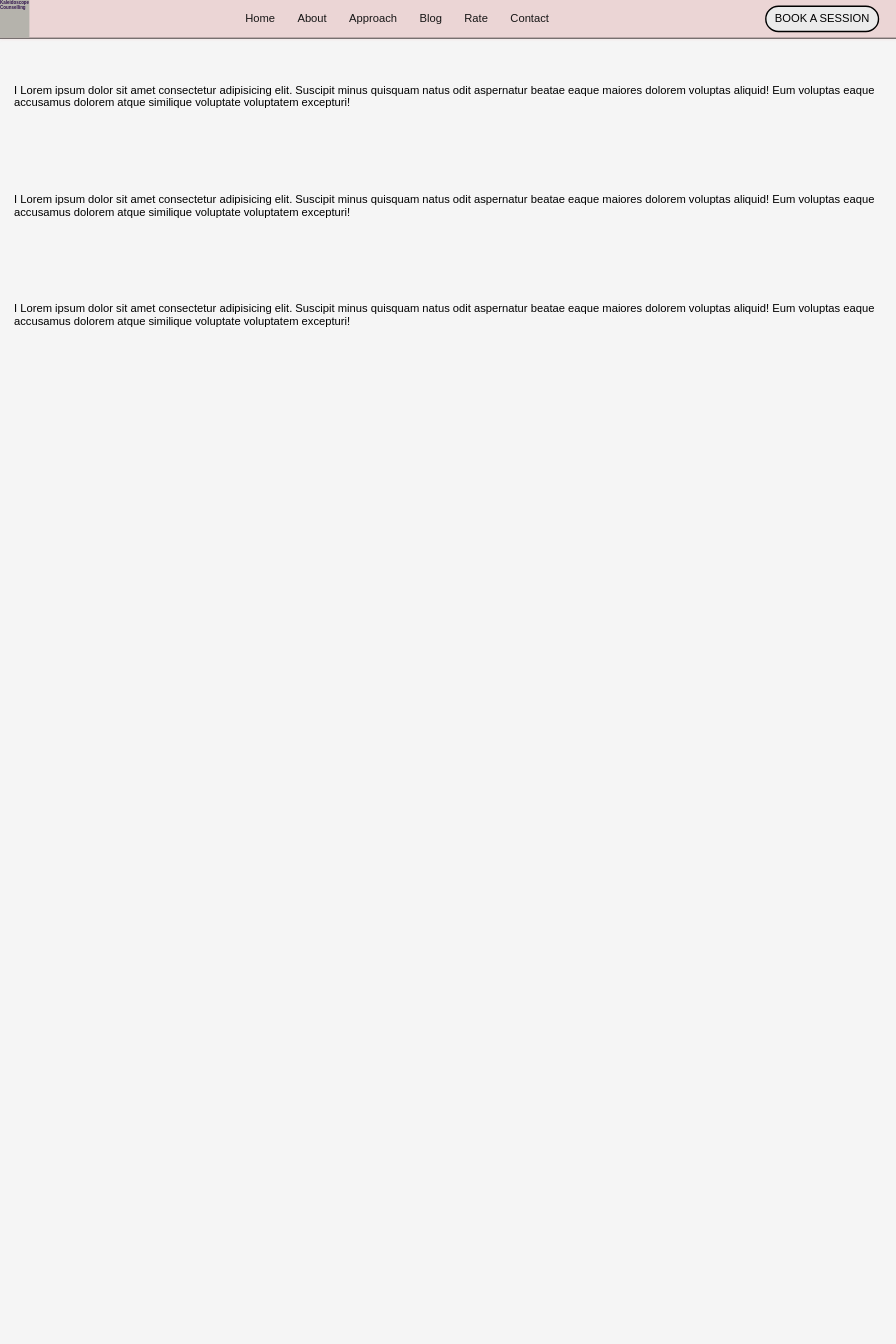
Repository: voutadi/ava-website
Page: index.html
An editor plug-in stored every save of this project. The page is shown before and after the next save, followed by the edit.
The browser window is 1280 px wide. The pictures show the part of the page from y = 0 to 1920 px (the page is 3120 px tall), at 70% of full size.

Above is the page before, as saved 2024-07-03 18:06:37.

### index.html
<!DOCTYPE html>
<html lang="en">
  <head>
    <meta charset="UTF-8" />
    <meta name="viewport" content="width=device-width, initial-scale=1.0" />
    <link rel="stylesheet" href="styles/style.css" />

    <title>Kaleidoscope Counselling</title>
  </head>
  <body>
    <header>
      <div class="logo-container">
        <div class="logo">
          Kaleidoscope <br />
          Counselling
        </div>
      </div>
      <nav class="navbar">
        <ul>
          <li><a href="#home">Home</a></li>
          <li><a href="#about">About</a></li>
          <li><a href="#approach">Approach</a></li>
          <li><a href="#blog">Blog</a></li>
          <li><a href="#rate">Rate</a></li>
          <li><a href="#contact">Contact</a></li>
        </ul>
      </nav>
      <button>BOOK A SESSION</button>
    </header>

    <p>
      I Lorem ipsum dolor sit amet consectetur adipisicing elit. Suscipit minus
      quisquam natus odit aspernatur beatae eaque maiores dolorem voluptas
      aliquid! Eum voluptas eaque accusamus dolorem atque similique voluptate
      voluptatem excepturi!
    </p>
    <p>
      I Lorem ipsum dolor sit amet consectetur adipisicing elit. Suscipit minus
      quisquam natus odit aspernatur beatae eaque maiores dolorem voluptas
      aliquid! Eum voluptas eaque accusamus dolorem atque similique voluptate
      voluptatem excepturi!
    </p>
    <p>
      I Lorem ipsum dolor sit amet consectetur adipisicing elit. Suscipit minus
      quisquam natus odit aspernatur beatae eaque maiores dolorem voluptas
      aliquid! Eum voluptas eaque accusamus dolorem atque similique voluptate
      voluptatem excepturi!
    </p>
  </body>
</html>

### styles/style.css
* {
  margin: 0;
  padding: 0;
  box-sizing: border-box;
}
body {
  background-color: #f5f5f5;
  height: 3000px;
  font-family: Arial, Helvetica, sans-serif;
  font-size: 1rem;
}
header {
  max-width: 100%; /*Make sure Take all of her parent element(body)on all different devices .*/
  height: 55px;
  position: fixed;
  top: 0;
  left: 0;
  right: 0;
  background-color: #ebd5d5;
  border-bottom: 1px solid;
  display: flex;
  justify-content: space-between;
  align-items: center;

  box-shadow: 0 2px 4px rgba(243, 172, 172, 0.15); /* Adds a subtle shadow for depth, optional */
}
.logo-container {
  max-width: 55px; /* Put condition for smaller or biger divice*/
  background-color: rgb(181, 179, 172);
  height: 100%;
}
.logo {
  color: rgb(50, 21, 77);
  font-size: 0.4rem;
  font-weight: bold;
}

.navbar ul {
  display: flex;
  flex: 1;
  justify-content: center;
  list-style-type: none;
  flex-wrap: wrap;
}
.navbar li {
  margin: 1rem;
}
.navbar a {
  font-size: 1rem;
  color: rgb(23, 22, 22);
  font-weight: 500;

  text-decoration: none;
}
.navbar a:hover {
  background-color: rgb(184, 175, 175);
  padding: 5px 10px;
  border-radius: 16px;
  transition: 0.15s;
}

.navbar a:active {
  background-color: rgb(196, 194, 194);
  padding: 10px 10px;
  border-radius: 16px;
  transition: 0.15s;
}

button {
  background-color: rgb(235, 235, 235);

  font-size: 1rem;
  padding: 8px 12px;
  margin-right: 1.5rem;
  border-width: 2px;
  border-style: solid;
  border-radius: 20px;
  cursor: pointer;
}
button:hover {
  background-color: rgb(187, 181, 181);
  transition: 0.15s;
  padding: 12px 18px;
}
button:active {
  padding: 18px 24px;
}
p {
  margin-top: 120px;
  margin-left: 20px;
}
@media (max-width: 380px) {
  body {
    font-size: 0.35rem;
  } /* Smaller font size */
  button {
    font-size: 0.45rem;
    padding: 2px;
    margin-right: 0.3rem;

  }
  button:hover {
    font-size: 0.45rem;
    padding: 2px;


  }
  button:active {
    padding: 3px;
  }
  .navbar li {
    margin: 0.2rem;
  }
  .navbar a {
    font-size: 0.55rem;
  }
}

@media (min-width: 381px) and (max-width: 600px) {
  body {
    font-size: 0.5rem;
  } /* Smaller font size */
  button {
    font-size: 0.5rem;
    padding: 2px 4px;
    margin-right: 0.5rem;
    border-radius: 10px;
  }
  button:hover {
    font-size: 0.5rem;
    padding: 2px;
  }
  button:active {
    padding: 3px;
  }
  .navbar li {
    margin: 0.3rem;
  }
  .navbar a {
    font-size: 0.6rem;
  }
}
@media (min-width: 601px) and (max-width: 900px) {
  body {
    font-size: 0.75rem;
  } /* Smaller font size */
  button {
    font-size: 0.75rem;
    padding: 2px 4px;
    margin-right: 0.75rem;
    border-radius: 10px;
  }
  button:hover {
    font-size: 0.75rem;
    padding: 2px;
  }
  button:active {
    padding: 3px;
  }
  .navbar li {
    margin: 0.5rem;
  }
  .navbar a {
    font-size: 0.8rem;
  }
}

After the next save:
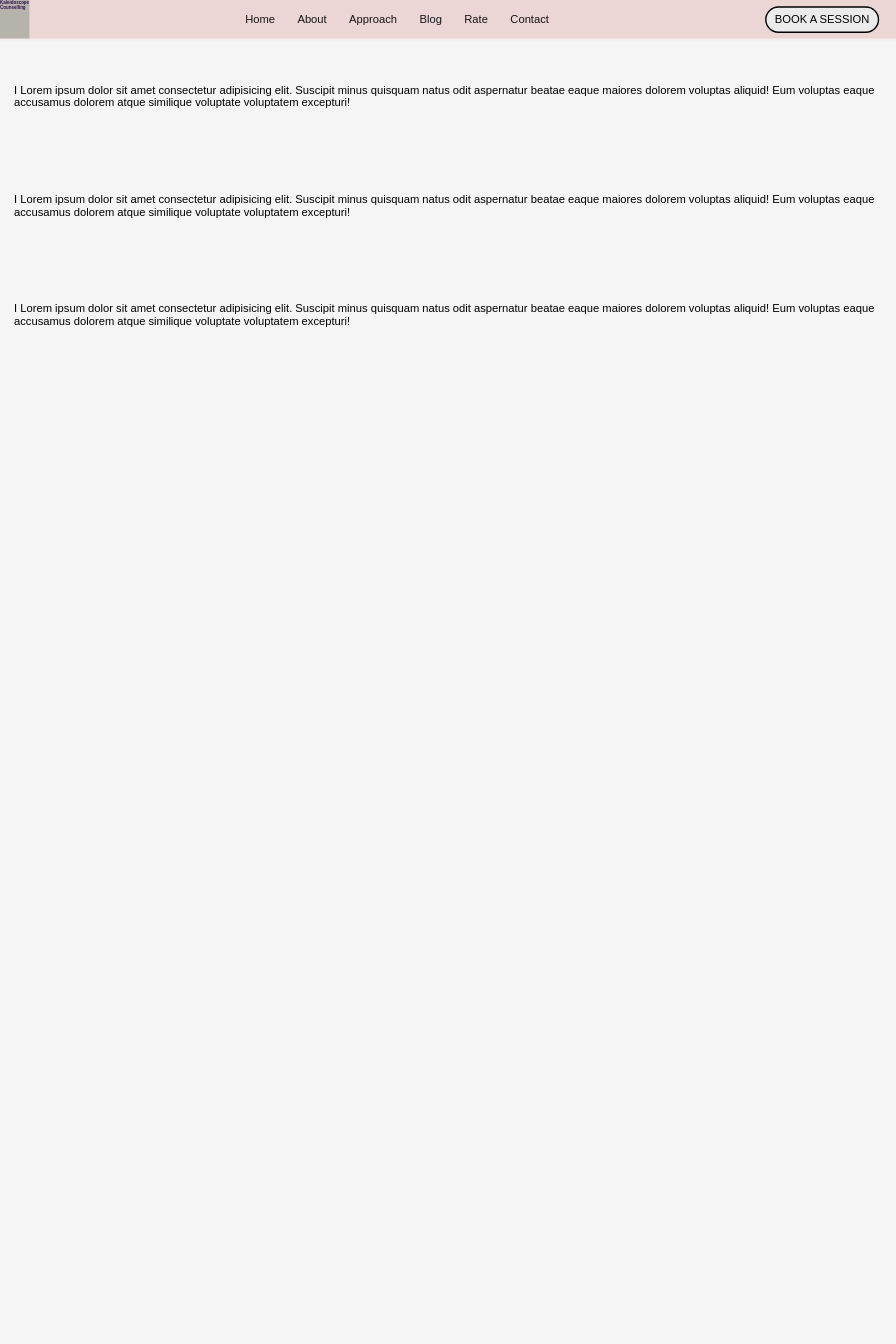
Saved 20 s later.
--- a/styles/style.css
+++ b/styles/style.css
@@ -17,7 +17,7 @@
   left: 0;
   right: 0;
   background-color: #ebd5d5;
-  border-bottom: 1px solid;
+
   display: flex;
   justify-content: space-between;
   align-items: center;
